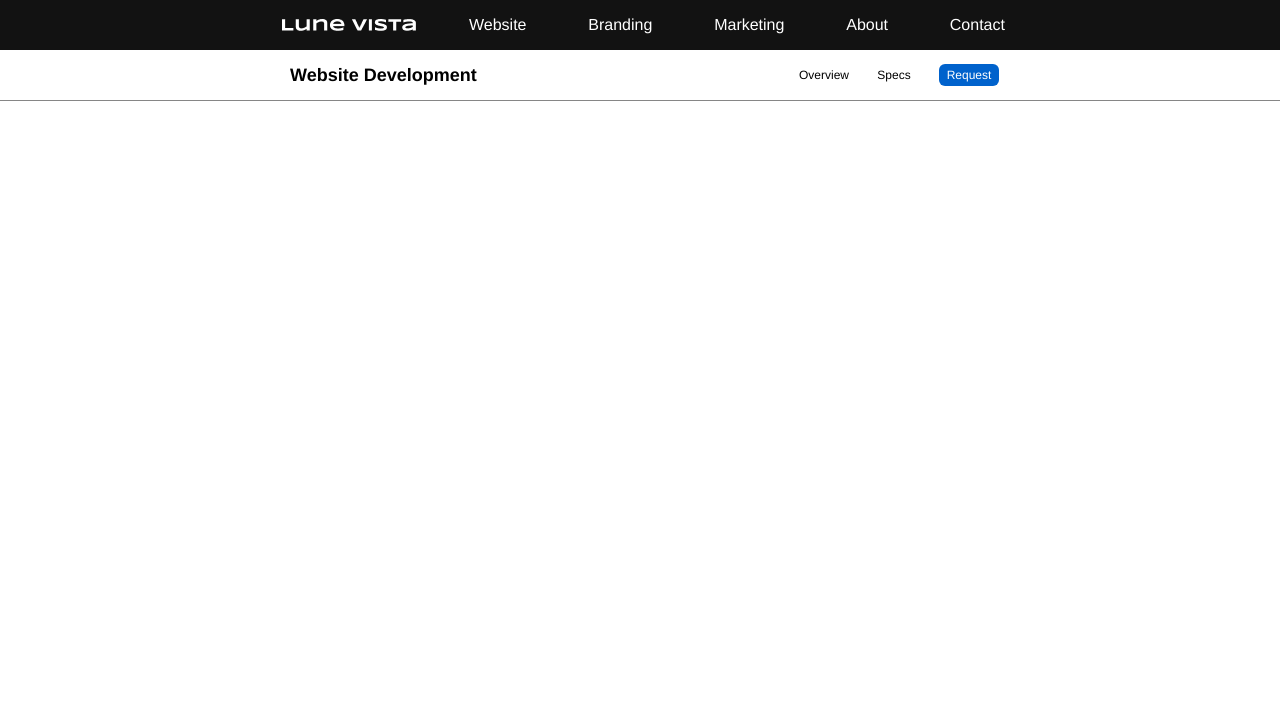
Repository: yoItsTyler/templates
Page: /marketing
These files come from the project's save history. The page is drawn as it stood at one moment and after the next save; the edit follows.
The browser window is 1280 px wide. The pictures show the whole page.
Some web fonts or font styles are not loaded; a fallback is used. The project was rebuilt for these pictures with package versions that can differ from the ones it lists, and the page was loaded fresh each time. Also part of the build but not shown: src/components/Branding/styles.module.css, src/components/Branding/Branding.js, src/components/Home/styles.module.css, src/components/Navbar/styles.module.css, src/components/Navbar/Navbar.js, src/components/NavbarMobile/styles.module.css, src/components/NavbarMobile/NavbarMobile.js, src/components/Home/Home.js and 11 more. Imported but missing from the stored project, and not drawn on this page: src/components/Request.

Above is the page before, as saved 2022-12-01 19:13:17.

After the next save:
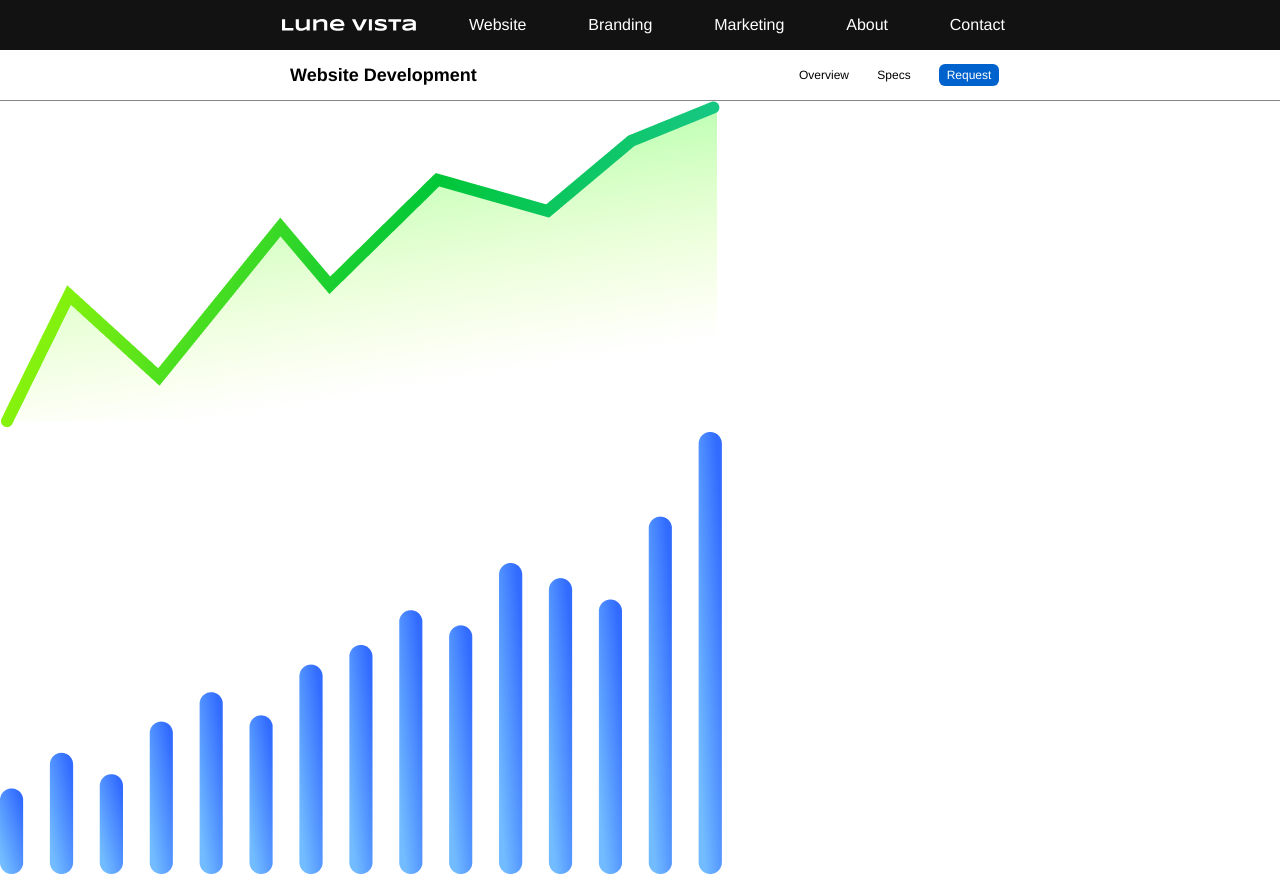
Saved 39 min 40 s later.
--- a/src/components/Marketing/Marketing.js
+++ b/src/components/Marketing/Marketing.js
@@ -1,7 +1,8 @@
 import { NavbarWeb } from '../NavbarWeb/NavbarWeb';
 import { NavBarWebSub } from '../NavBarWebSub/NavBarWebSub';
 import styles from './styles.module.css';
-
+import graph from '../../images/Group 55.png';
+import graph2 from '../../images/Group 56.png';
 
 export const Marketing = () => {
 
@@ -17,6 +18,9 @@ export const Marketing = () => {
 
                 </div>
 
+                <img src={graph} className={styles.graph}/>
+                <img src={graph2} className={styles.graph2}/>
+
 
 
 
